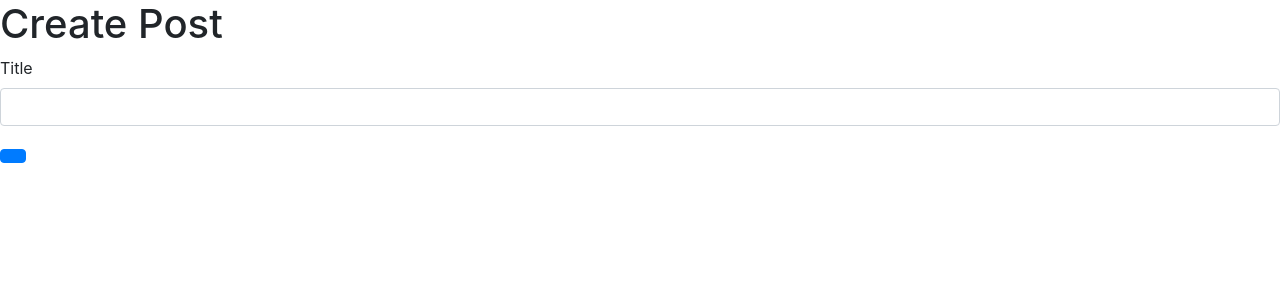
Repository: ymw0331/blog-mini-microservice
Page: / (app in blog/client/)
These files come from the project's save history. The page is drawn as it stood at one moment and after the next save; the edit follows.
The browser window is 1280 px wide. The pictures show the whole page.
The project was rebuilt for these pictures with package versions that can differ from the ones it lists, and the page was loaded fresh each time.

Above is the page before, as saved 2023-01-26 13:57:35.

After the next save:
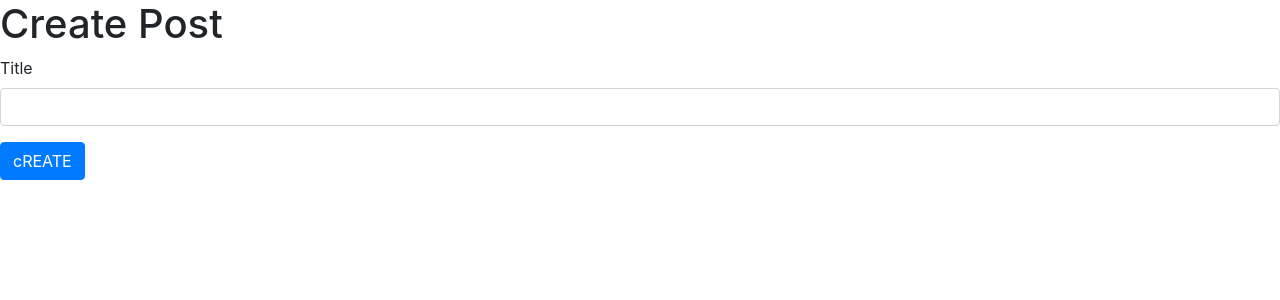
Saved 6 s later.
--- a/blog/client/src/PostCreate.js
+++ b/blog/client/src/PostCreate.js
@@ -11,7 +11,7 @@ export default function PostCreate ()
 
       </div>
 
-      <button className="btn btn-primary"></button>
+      <button className="btn btn-primary">cREATE</button>
     </div>
   );
 }
